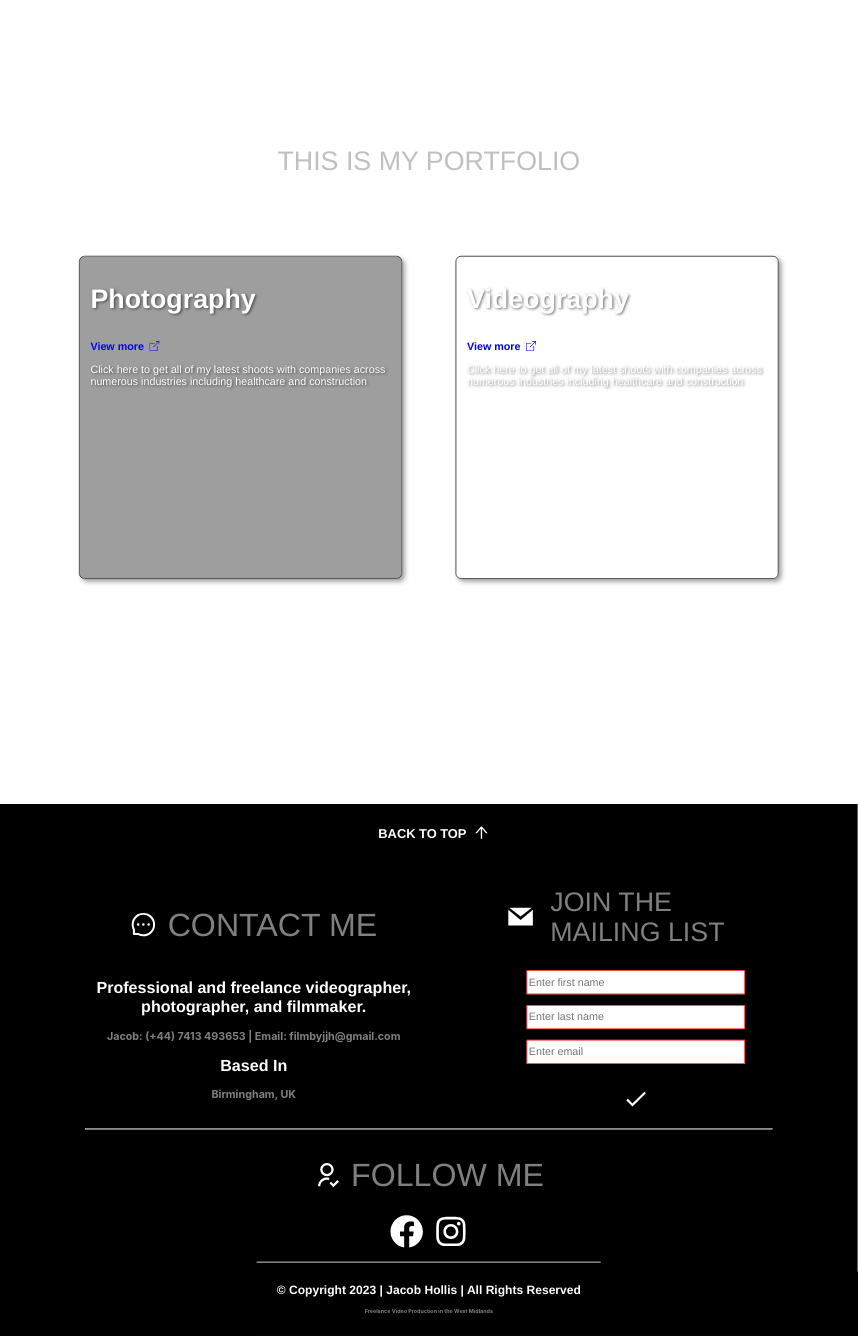
Repository: ThomasMTurner/filmbyjjh-portfolio
Page: /portfolio (app in client/)
An editor plug-in stored every save of this project. The page is shown before and after a run of saves, followed by the edit.
The browser window is 1280 px wide. The pictures show the whole page, at 67% of full size.
Pictures or frames that could not be fetched are drawn as grey boxes. The project was rebuilt for these pictures with package versions that can differ from the ones it lists, and the page was loaded fresh each time. Also part of the build but not shown: client/vite.config.js, client/src/pages/Components/TagComponents.jsx, client/src/pages/Components/Post.jsx, client/src/pages/Components/SearchBar.jsx, client/src/pages/Updates.jsx, client/src/pages/Contact.jsx, client/src/pages/Components/InitialLogin.jsx, client/src/pages/Home.jsx and 2 more. Imported but missing from the stored project, and not drawn on this page: client/src/pages/Components/Videos/header.mp4, client/src/pages/Components/Videos/portfolio-reel.mp4.

Above is the page before, as saved 2023-10-20 13:21:07.

After the next 2 saves:
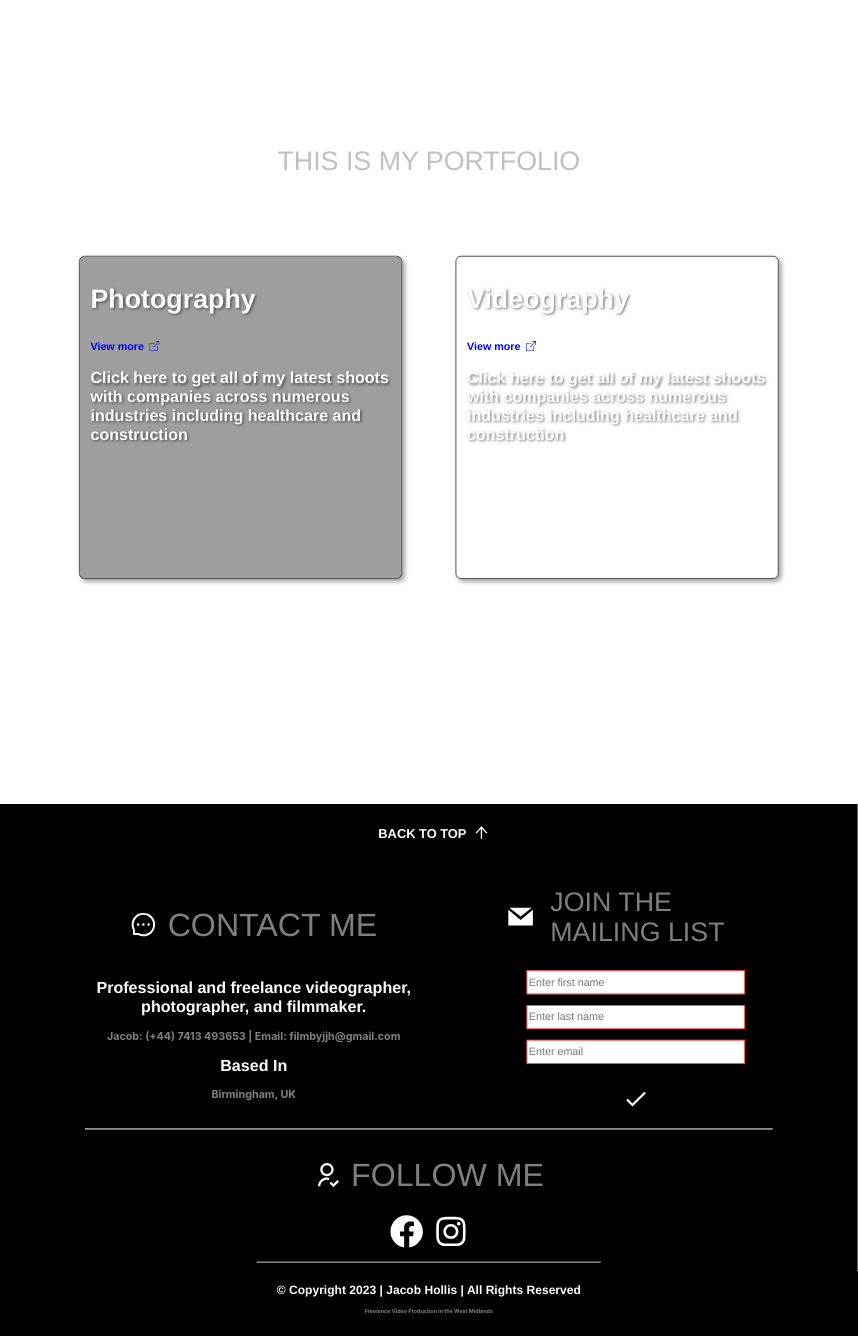
The 2 saves are shown as one change because they came seconds apart.
The last was saved 10 s later.
--- a/client/src/pages/Portfolio.jsx
+++ b/client/src/pages/Portfolio.jsx
@@ -10,7 +10,7 @@ const PortfolioCard = (props) => {
         <div onClick={() => navigate(`/portfolio/${props.title.toLowerCase().slice(0, 5)}`)} onMouseEnter={() => setHovering(true)} onMouseLeave={() => setHovering(false)} className={`portfolio-card portfolio-card-${props.title.toLowerCase()}`}>
             <p style={{fontFamily:'helvetica', fontWeight:'bold', fontSize:'2.5rem', color:'white'}}>{props.title}</p>
             <button className={`portfolio-card-button ${hovering ? 'portfolio-card-button-hover' : ''}`} type="button" onClick={() => navigate(`/portfolio/${props.title.toLowerCase().slice(0, 5)}`)}>View more <BsBoxArrowUpRight color={'blue'} size={15} /></button>
-            <p style={{fontFamily:'helvetica', fontWeight:'200', fontSize:'1rem', color:'white'}}>{props.desc}</p>
+            <p style={{fontFamily:'helvetica', fontWeight:'bold', fontSize:'1.5rem', color:'white'}}>{props.desc}</p>
         </div>
     )
 }
